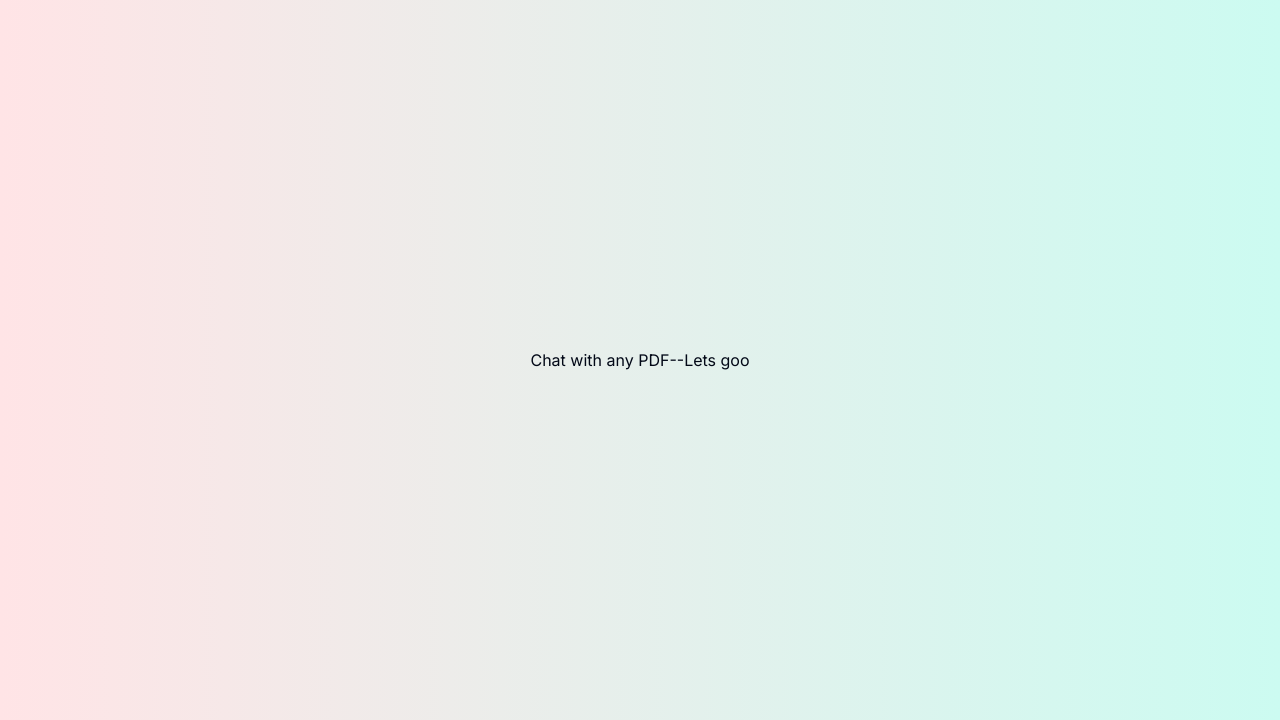
Repository: sandeesaripalli/chatpdf
Page: /
An editor plug-in stored every save of this project. The page is shown before and after the next save, followed by the edit.
The browser window is 1280 px wide. The pictures show the whole page.
The project was rebuilt for these pictures with package versions that can differ from the ones it lists, and the page was loaded fresh each time. Some packages were replaced by stand-ins written for this rebuild. The framework's server and built-in components were replaced by stand-ins that run in the browser. Also part of the build but not shown: next.config.js.

Above is the page before, as saved 2023-09-27 10:54:39.

After the next save:
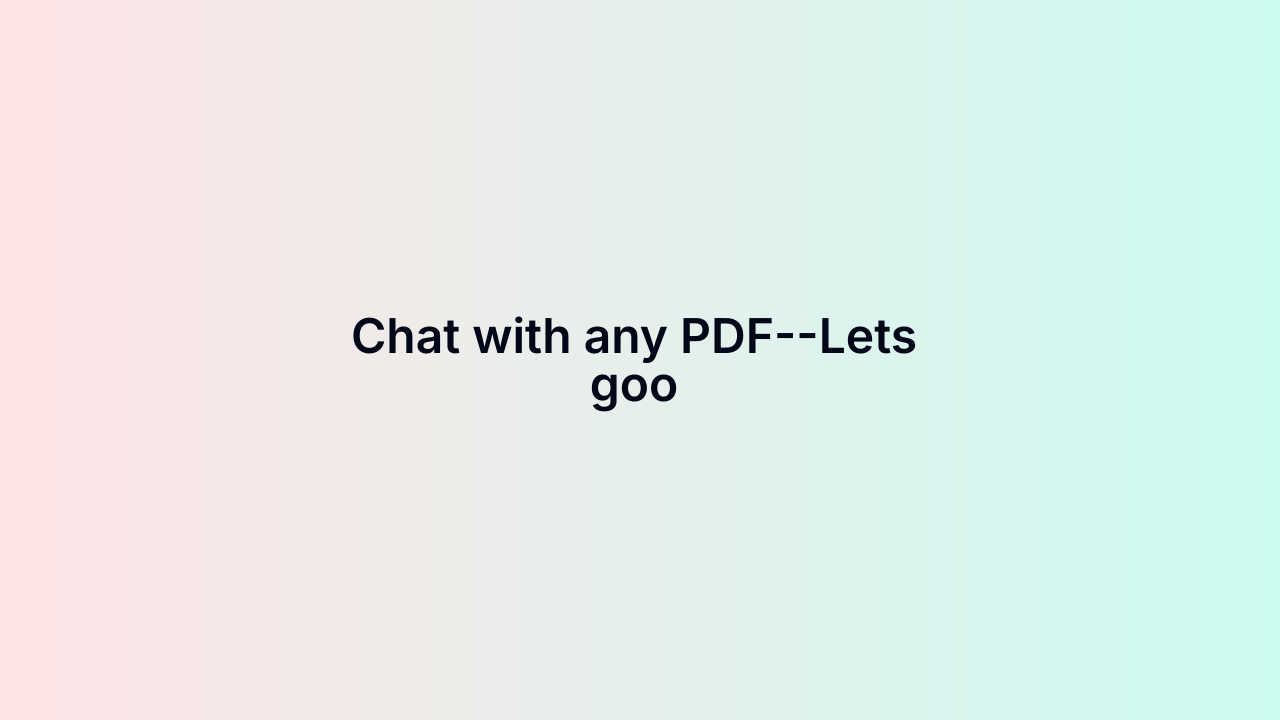
Saved 43 s later.
--- a/src/app/page.tsx
+++ b/src/app/page.tsx
@@ -7,7 +7,7 @@
       <div className="absolute top-1/2 left-1/2 -translate-x-1/2 -translate-y-1/2">
       <div className="flex flex-col items-center text-center">
         <div className="flex items-center">
-          <h1>Chat with any PDF--Lets goo</h1>
+          <h1 className="mr-3 text-5xl font-semibold">Chat with any PDF--Lets goo</h1>
 
         </div>
       </div>
